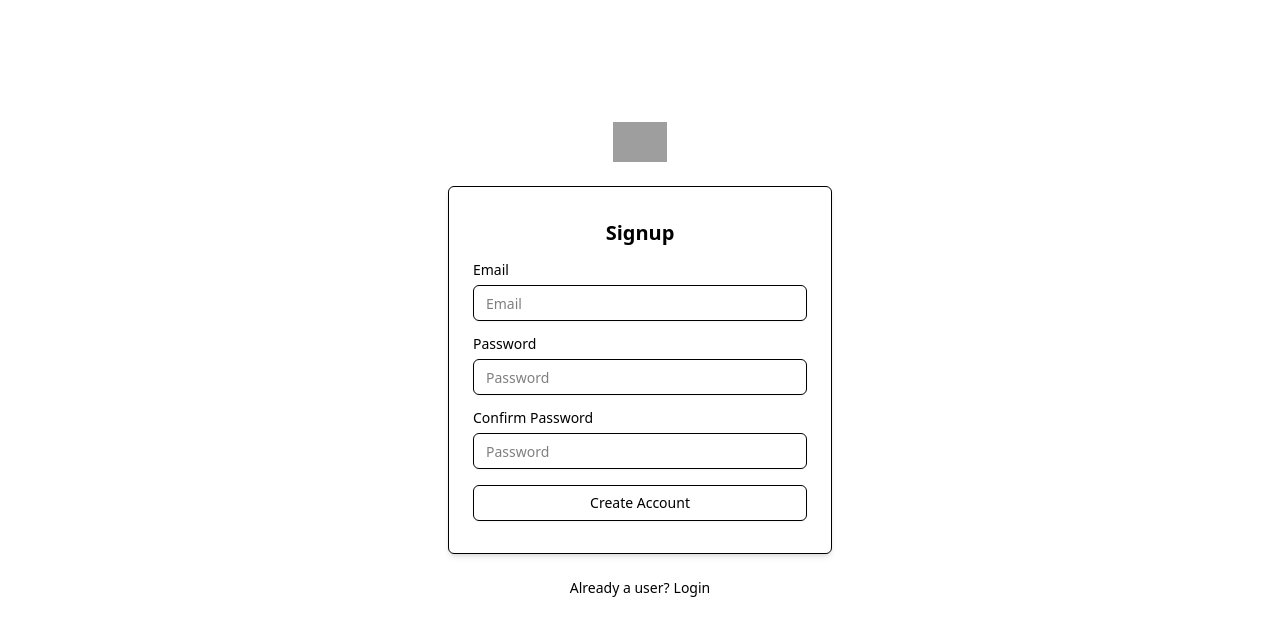
Repository: Syed-Mohsin-Ali786/frontend-expense-tracker
Page: /signup
These files come from the project's save history. The page is drawn as it stood at one moment and after the next save; the edit follows.
The browser window is 1280 px wide. The pictures show the whole page.
Pictures or frames that could not be fetched are drawn as grey boxes. The project was rebuilt for these pictures with package versions that can differ from the ones it lists, and the page was loaded fresh each time. Also part of the build but not shown: src/components/ui/dialog.tsx, src/components/AddExpenseDialog.tsx, src/pages/MainPage.tsx.

Above is the page before, as saved 2025-09-30 10:41:32.

After the next save:
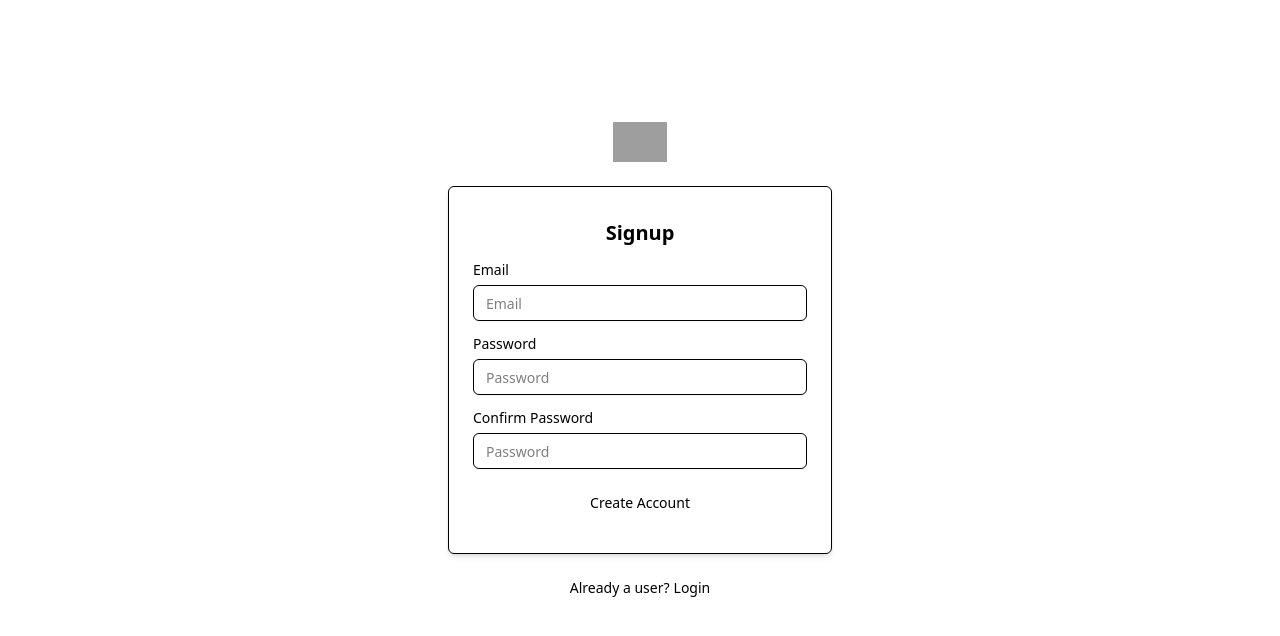
Saved 15 s later.
--- a/src/pages/SignUp.tsx
+++ b/src/pages/SignUp.tsx
@@ -70,7 +70,7 @@ const SignUp = ({
                 required
               />
             </div>
-            <Button variant={"outline"} type="submit" className="w-full">
+            <Button variant={'link'} type="submit" className="w-full">
               {buttonText}
             </Button>
           </div>
